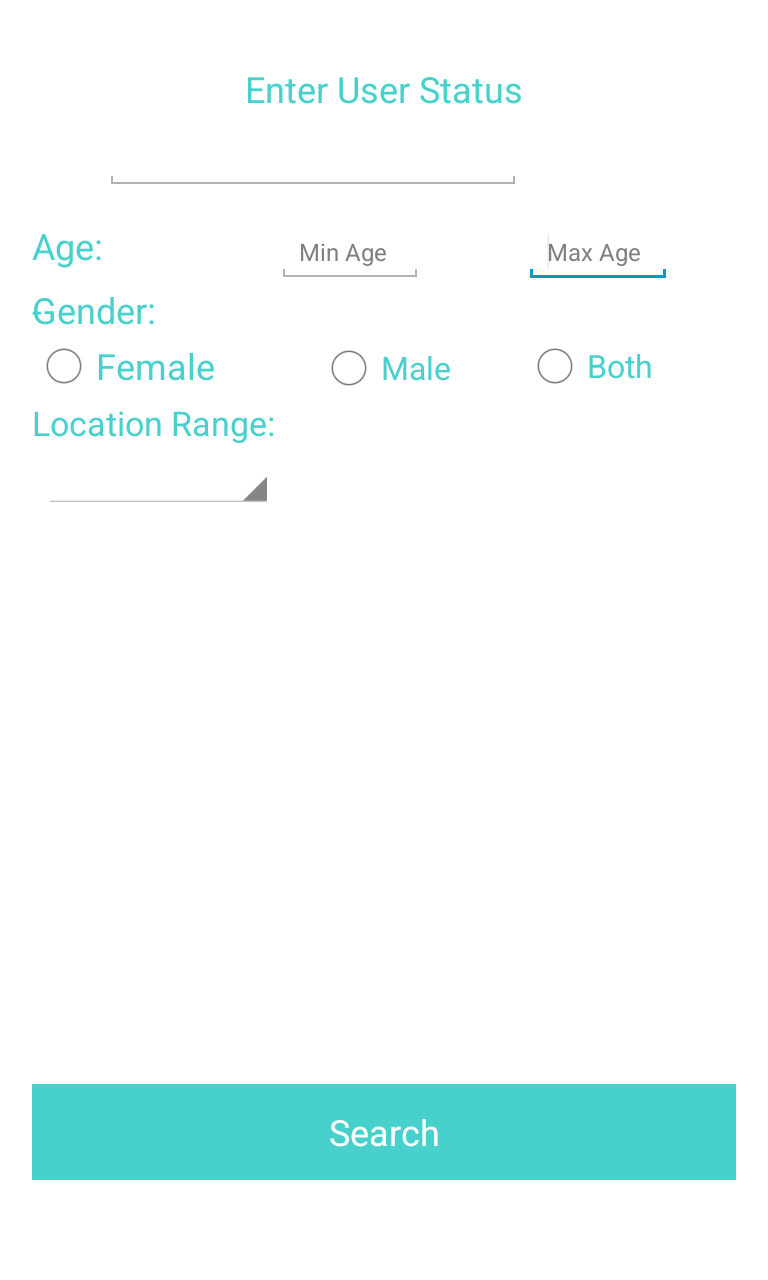
Repository: COMP231-S63G1/COMP231-S63G1
Layout: Wanna/res/layout/activity_search_user_filtration.xml
The author's editor kept a copy of each file at every save. The layout is drawn from the files as they stood at one save, then again after the next save.
It is drawn on a 768 x 1280 px phone screen (xhdpi) without system bars, with theme AppTheme; the app's code is not run.

Above is the layout before, as saved 2014-11-27 17:42:34.

### Wanna/res/layout/activity_search_user_filtration.xml
<RelativeLayout xmlns:android="http://schemas.android.com/apk/res/android"
    xmlns:tools="http://schemas.android.com/tools"
    android:layout_width="match_parent"
    android:layout_height="match_parent"
    android:paddingBottom="@dimen/activity_vertical_margin"
    android:paddingLeft="@dimen/activity_horizontal_margin"
    android:paddingRight="@dimen/activity_horizontal_margin"
    android:paddingTop="@dimen/activity_vertical_margin"
    tools:context="com.example.wanna.SearchByStatus" >

    <TextView
        android:id="@+id/tvSearchUserStatus"
        android:layout_width="wrap_content"
        android:layout_height="wrap_content"
        android:layout_alignParentTop="true"
        android:layout_centerHorizontal="true"
        android:layout_marginTop="16dp"
        android:text="Enter User Status"
        android:textColor="#48D1CC"
        android:textSize="18sp" />

    <Button
        android:id="@+id/btnSearch"
        android:layout_width="fill_parent"
        android:layout_height="wrap_content"
        android:layout_alignParentBottom="true"
        android:layout_centerHorizontal="true"
        android:layout_marginBottom="34dp"
        android:background="#48D1CC"
        android:onClick="onSearchClick"
        android:text="Search"
        android:textColor="#ffffff" />

    <TextView
        android:id="@+id/tvAge"
        android:layout_width="wrap_content"
        android:layout_height="wrap_content"
        android:layout_alignLeft="@+id/btnSearch"
        android:layout_below="@+id/tvSearchUserStatus"
        android:layout_marginTop="54dp"
        android:text="Age:"
        android:textColor="#48D1CC"
        android:textSize="18sp" />

    <TextView
        android:id="@+id/tvdash"
        android:layout_width="wrap_content"
        android:layout_height="wrap_content"
        android:layout_alignLeft="@+id/btnSearch"
        android:layout_below="@+id/etMinAge"
        android:text="-"
        android:textColor="#48D1CC"
        android:textSize="18sp" />

    <TextView
        android:id="@+id/tvGender"
        android:layout_width="wrap_content"
        android:layout_height="wrap_content"
        android:layout_alignLeft="@+id/btnSearch"
        android:layout_below="@+id/etMaxAge"
        android:text="Gender:"
        android:textColor="#48D1CC"
        android:textSize="18sp" />

    <RadioGroup
        android:id="@+id/rgFilterGender"
        android:layout_width="wrap_content"
        android:layout_height="wrap_content"
        android:layout_alignLeft="@+id/btnSearch"
        android:layout_below="@+id/textView1"
        android:orientation="vertical" >
    </RadioGroup>

    <EditText
        android:id="@+id/etStatus"
        android:layout_width="wrap_content"
        android:layout_height="wrap_content"
        android:layout_below="@+id/tvSearchUserStatus"
        android:layout_toRightOf="@+id/tvAge"
        android:ems="10"
        android:inputType="text" />

    <EditText
        android:id="@+id/etMaxAge"
        android:layout_width="75sp"
        android:layout_height="wrap_content"
        android:layout_above="@+id/tvdash"
        android:layout_toRightOf="@+id/tvSearchUserStatus"
        android:ems="10"
        android:hint="Max Age"
        android:inputType="number"
        android:textSize="12sp" >

        <requestFocus />
    </EditText>

    <RadioButton
        android:id="@+id/rbtnFemale"
        android:layout_width="wrap_content"
        android:layout_height="wrap_content"
        android:layout_alignLeft="@+id/btnSearch"
        android:layout_below="@+id/tvdash"
        android:text="Female"
        android:textColor="#48D1CC"
        android:textSize="18sp" />

    <RadioButton
        android:id="@+id/rbtnMale"
        android:layout_width="wrap_content"
        android:layout_height="wrap_content"
        android:layout_alignBaseline="@+id/rbtnFemale"
        android:layout_alignBottom="@+id/rbtnFemale"
        android:layout_centerHorizontal="true"
        android:text="Male"
        android:textColor="#48D1CC" />

     <Spinner
         android:id="@+id/locationRange"
         android:layout_width="wrap_content"
         android:layout_height="wrap_content"
         android:layout_alignTop="@+id/rgFilterGender"
         android:layout_toLeftOf="@+id/etMinAge"
         android:layout_toRightOf="@+id/tvdash" />

     <RadioButton
         android:id="@+id/rbtnBoth"
         android:layout_width="wrap_content"
         android:layout_height="wrap_content"
         android:layout_below="@+id/tvGender"
         android:layout_toRightOf="@+id/tvSearchUserStatus"
         android:text="Both"
         android:textColor="#48D1CC" />

     <EditText
         android:id="@+id/etMinAge"
         android:layout_width="75sp"
         android:layout_height="wrap_content"
         android:layout_alignTop="@+id/tvAge"
         android:layout_toRightOf="@+id/textView1"
         android:ems="10"
         android:hint="Min Age"
         android:inputType="number"
         android:textSize="12sp" />

     <TextView
         android:id="@+id/textView1"
         android:layout_width="wrap_content"
         android:layout_height="wrap_content"
         android:layout_alignLeft="@+id/rgFilterGender"
         android:layout_below="@+id/rbtnMale"
         android:text="Location Range:"
         android:textColor="#48D1CC"
         android:textSize="17sp" />

</RelativeLayout>

Loaded but not shown: Wanna/res/values/styles.xml (common file); Wanna/res/values-v11/styles.xml (common file); Wanna/res/values-v14/styles.xml (common file); Wanna/res/values/dimens.xml (common file); Wanna/res/values-w820dp/dimens.xml (common file)

After the next save:
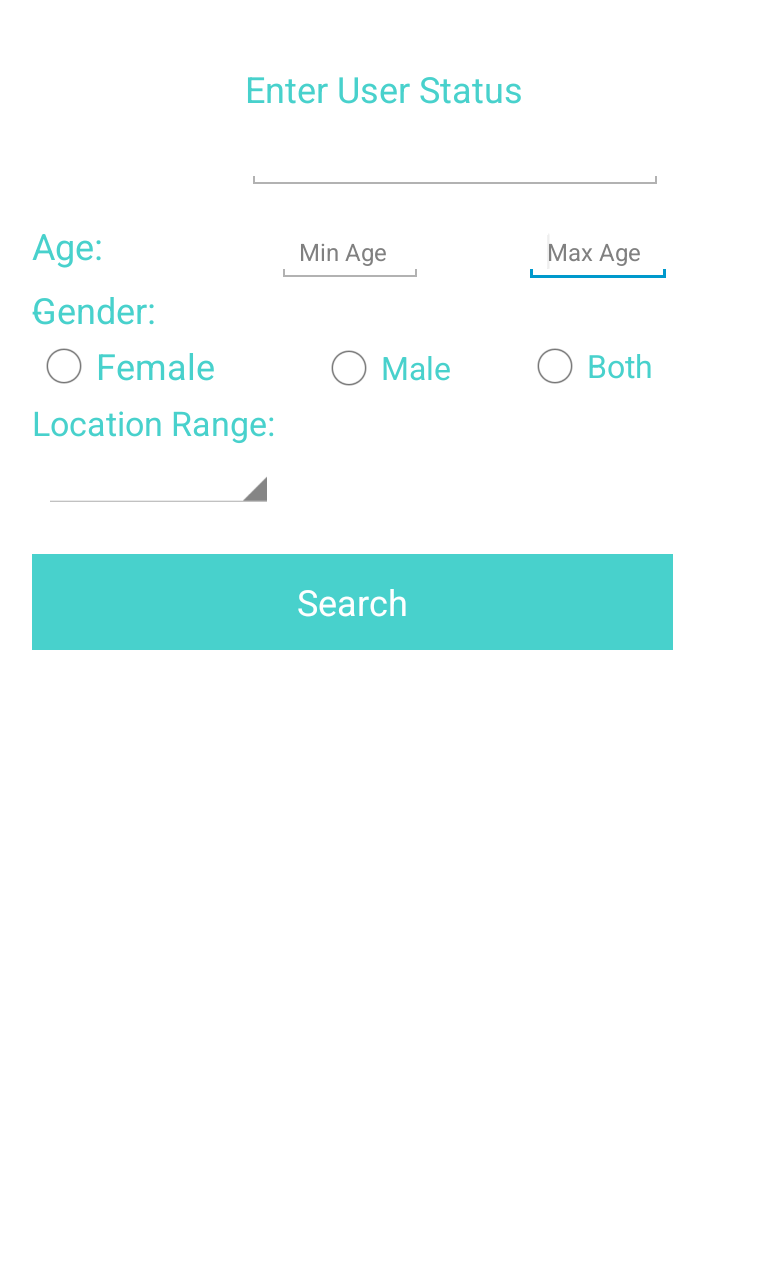
Saved 16 min 14 s later.
--- a/Wanna/res/layout/activity_search_user_filtration.xml
+++ b/Wanna/res/layout/activity_search_user_filtration.xml
@@ -18,18 +18,6 @@
         android:text="Enter User Status"
         android:textColor="#48D1CC"
         android:textSize="18sp" />
-
-    <Button
-        android:id="@+id/btnSearch"
-        android:layout_width="fill_parent"
-        android:layout_height="wrap_content"
-        android:layout_alignParentBottom="true"
-        android:layout_centerHorizontal="true"
-        android:layout_marginBottom="34dp"
-        android:background="#48D1CC"
-        android:onClick="onSearchClick"
-        android:text="Search"
-        android:textColor="#ffffff" />
 
     <TextView
         android:id="@+id/tvAge"
@@ -70,15 +58,6 @@
         android:layout_below="@+id/textView1"
         android:orientation="vertical" >
     </RadioGroup>
-
-    <EditText
-        android:id="@+id/etStatus"
-        android:layout_width="wrap_content"
-        android:layout_height="wrap_content"
-        android:layout_below="@+id/tvSearchUserStatus"
-        android:layout_toRightOf="@+id/tvAge"
-        android:ems="10"
-        android:inputType="text" />
 
     <EditText
         android:id="@+id/etMaxAge"
@@ -152,4 +131,25 @@
          android:textColor="#48D1CC"
          android:textSize="17sp" />
 
+     <EditText
+         android:id="@+id/etStatus"
+         android:layout_width="wrap_content"
+         android:layout_height="wrap_content"
+         android:layout_alignLeft="@+id/tvSearchUserStatus"
+         android:layout_below="@+id/tvSearchUserStatus"
+         android:ems="10"
+         android:inputType="text" />
+
+     <Button
+         android:id="@+id/btnSearch"
+         android:layout_width="fill_parent"
+         android:layout_height="wrap_content"
+         android:layout_alignRight="@+id/etMaxAge"
+         android:layout_below="@+id/locationRange"
+         android:layout_marginTop="22dp"
+         android:background="#48D1CC"
+         android:onClick="onSearchClick"
+         android:text="Search"
+         android:textColor="#ffffff" />
+
 </RelativeLayout>
